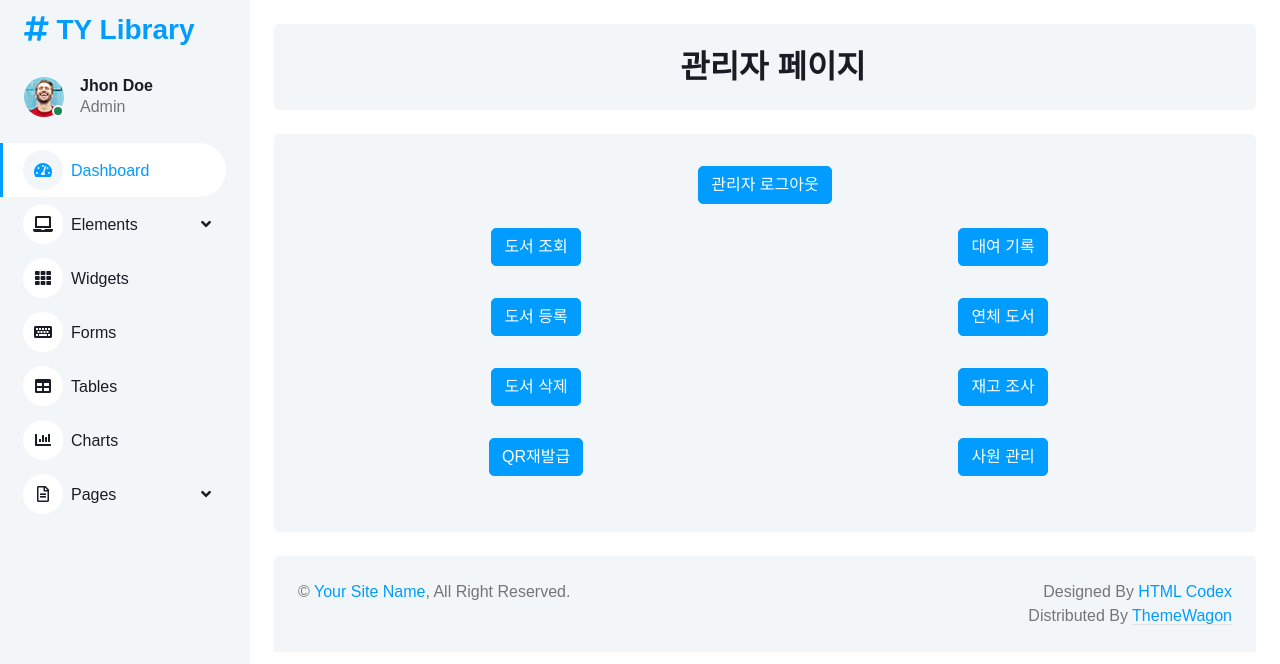
Repository: maryong2/myfirstgitproject
Page: http://localhost/library/WEB-INF/views/admin/admin-home.jsp
The author's editor kept a copy of each file at every save. The page is drawn from the files as they stood at one save, then again after the next save.
The browser window is 1280 px wide. The pictures show the whole page.
Some web fonts or font styles are not loaded; a fallback is used. Some web libraries are served in a nearby version. The page is served by Tomcat 9. Nobody is signed in. The template is opened directly, without the code that normally fills it, so the values that code supplies are empty.

Above is the page before, as saved 2023-11-26 07:46:23.
Console error: TypeError: Cannot read properties of undefined (reading 'getContext')

After the next save:
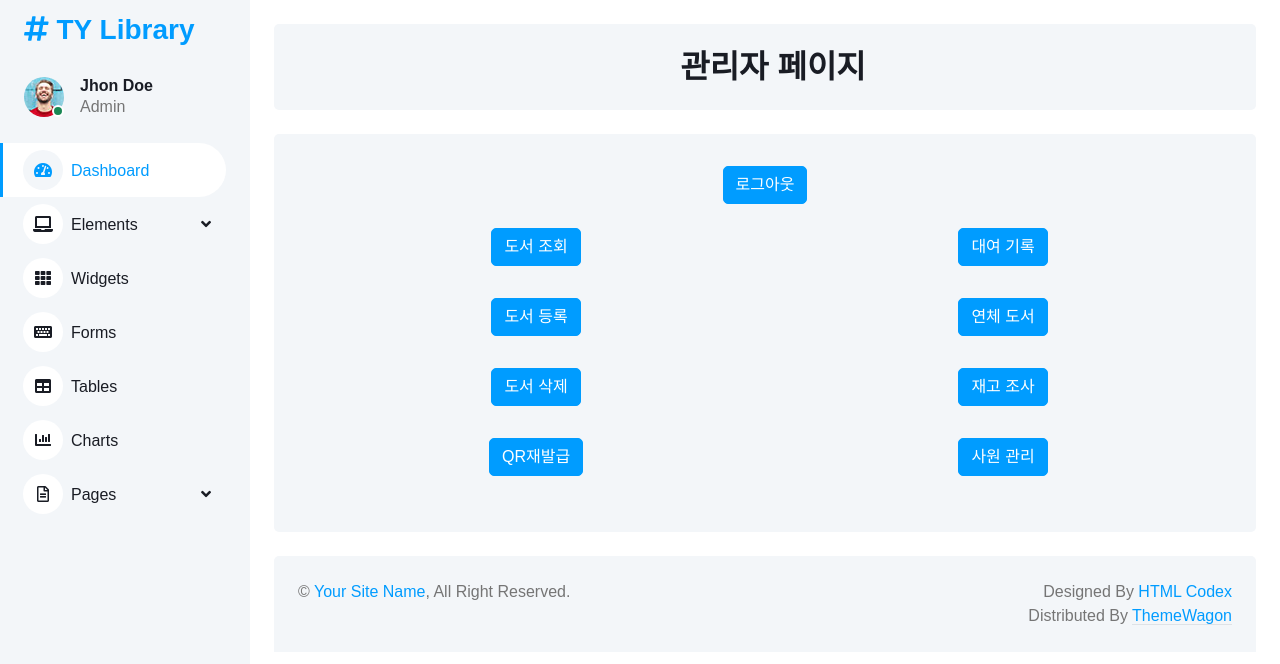
Saved 44 s later.
--- a/library/src/main/webapp/WEB-INF/views/admin/admin-home.jsp
+++ b/library/src/main/webapp/WEB-INF/views/admin/admin-home.jsp
@@ -142,7 +142,7 @@
 						<div class="bg-light text-center rounded p-4">
 
 							<button type="button" class="btn btn-primary m-2"
-												onclick="go('logout')">관리자 로그아웃</button>
+												onclick="go('logout')">로그아웃</button>
 
 							<table class="table table-borderless">
 								<thead>
